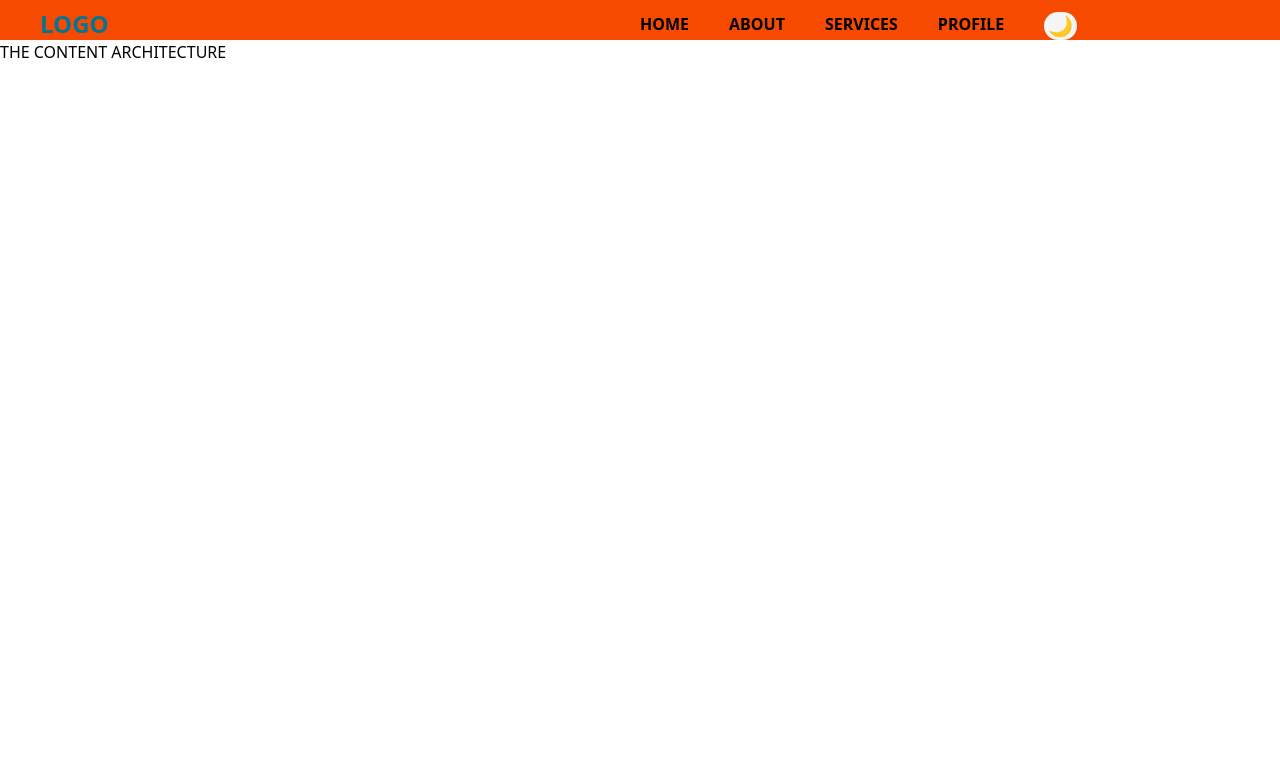
Repository: ajay-maurya-dev/Login
Page: /
An editor plug-in stored every save of this project. The page is shown before and after the next save, followed by the edit.
The browser window is 1280 px wide. The pictures show the whole page.
The project was rebuilt for these pictures with package versions that can differ from the ones it lists, and the page was loaded fresh each time. Also part of the build but not shown: vite.config.js.

Above is the page before, as saved 2026-10-23 16:11:57.

After the next save:
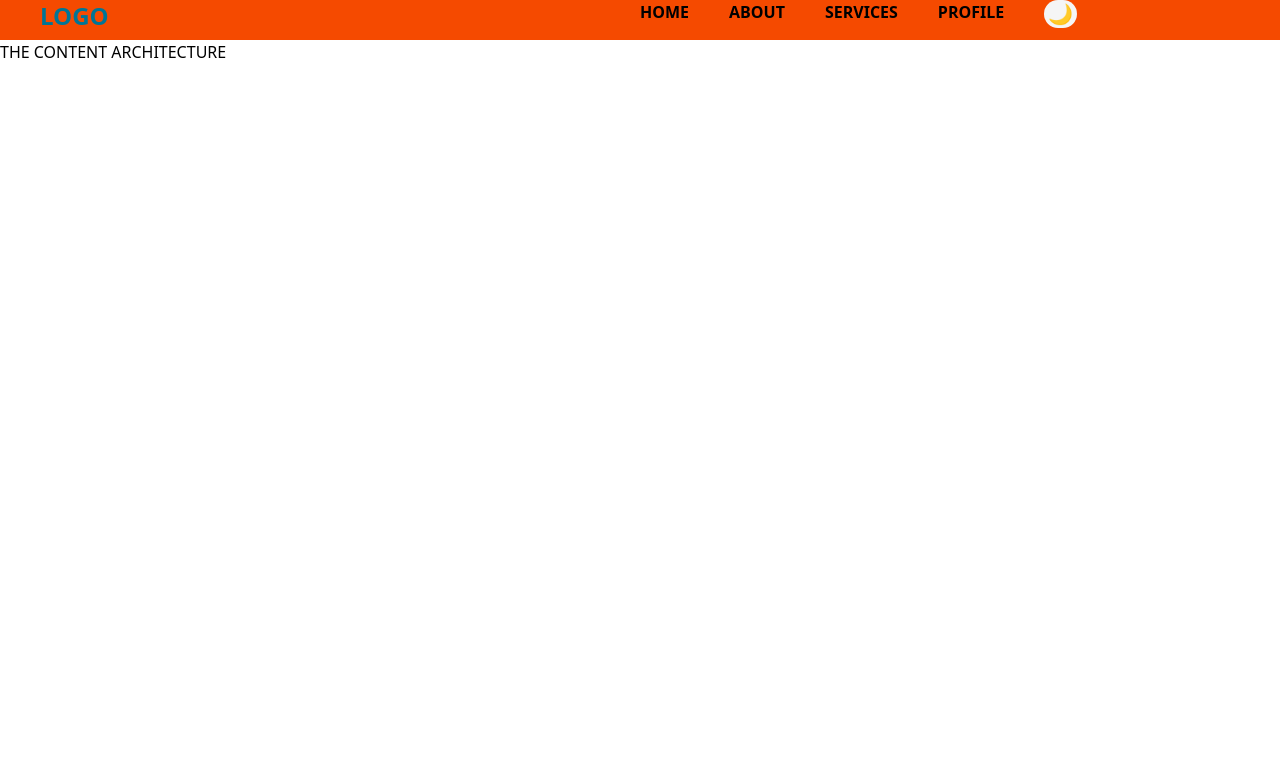
Saved 7 s later.
--- a/src/components/Navbar.jsx
+++ b/src/components/Navbar.jsx
@@ -5,7 +5,7 @@ function Navbar() {
 
 
   return (
-    <nav className="flex md:flex-row items-center md:h-10 md:w-full px-10 dark:bg-black dark:text-white md:bg-orange-600 sm:h-50 sm:flex-col sm:items-end sm:bg-amber-600">
+    <nav className="flex md:flex-row items-center md:h-10 md:w-full px-10 dark:bg-black dark:text-white md:bg-orange-600 sm:h-50 sm:flex-col sm:items-start sm:bg-amber-600">
       <div className=" flex-1 text-2xl text-cyan-700 font-extrabold">LOGO</div>
       <div className="flex flex-1 gap-10 test-2xl font-bold">
         <h3 className="cursor-pointer hover:text-cyan-500 active:scale-95 ">
